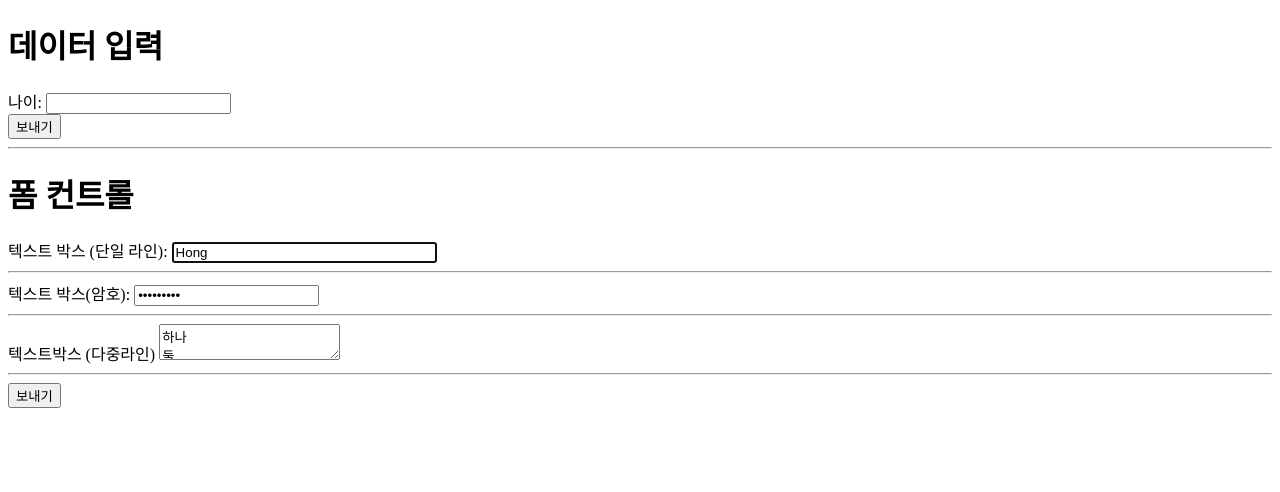
Repository: seula123/Front-End
Page: ClientTest/src/main/webapp/html/ex18_form.html
An editor plug-in stored every save of this project. The page is shown before and after the next save, followed by the edit.
The browser window is 1280 px wide. The pictures show the whole page.

Above is the page before, as saved 2023-09-21 06:39:20.

### ClientTest/src/main/webapp/html/ex18_form.html
<!DOCTYPE html>
<html>
<head>
<meta charset="UTF-8">
<title>Insert title here</title>
</head>
<body>


	<!-- ex18_form.html -->

	<!--

		폼,form
		- 입력 양식, 입력 컨트롤
		- 클라이언트(사용자)로부터 입력장치(키보드, 마우스, 터치 등)을 통해서 데이터를 입력받는 역할
		- 입력 데이터> 서버로 전송 > 업무 활용 or 데이터 베이스 저장 등..
		ex) 텍스트 박스, 버튼, 체크 박스, 라디오 버튼 등..
		- <form> + <form>의 자식 태그들..



		<form>
		- 모든 입력 컨트롤을 감싸는 컨테이너
		- 스스로는 랜더링 결과가 없다. (출력되지않는다)
		- 입력한 값을 서버로 전송하는 역할(********)


		form.method
		- 데이터를 전송하는 방식
		- 택배(일반 우편| 등기 우편)
		1. POST
			- ex18_Server.jsp
			- 데이터를 상자안에 담아서 전송
			- 데이터가 노출x > 보안 o
			- 전송하는 데이터의 최대 길이 제한 > 무제한

		2. GET
			- -ex198_server.jsp?age=20
			- 데이터를 송장에 붙여서 전송
			- 전송되는 데이터가 노출(주소창)> 보안 x
			- 전송하는 데이터의 최대 길이 제한 > 256자 > 8000자 바이트
			- 긴 데이터는 전송 x

		form.action
		- 데이터를 수신하는 서버측 URL
		- 받는 사람 주소
		- 서버측 동작하고 있는 프로그램 주소 > JSP, Servlet, Spring 주소

	 -->

	 <h1> 데이터 입력</h1>

	 <form method="GET" action="ex18_server.jsp">


	 	나이: <input type = "text" name = "age">
	 	<br>
	 	<input type = "submit" value = "보내기">
	 </form>



	 <hr>

	 <h1> 폼 컨트롤 </h1>




	 <form method="get" action="ex18_server.jsp">

	 	<!--
	 		<input>
	 		- 인라인 태그
	 		- 단독 태그
	 		- input.type: 입력 컨트롤 종류 지정
	 		- input.name : 식별자
	 		- input.id : 식별자. CSS,JavaScript에서 사용
	 		- input.class : 식별자. CSS,JavaScript에서 사용
	 		- input.size: 길이(문자 개수)
	 		- input.maxlength: 최대 입력 길이(글자수)
	 		- input.readonly: 읽기 전용(전원 on)
	 		- input.disabled: 비활성화	(전원 off)
	 		- input.accesskey: 바로가기(Alt+조합ㄱ키)
            - input.autofocus: 자동 포커스
            - input.autocomplete : 자동 완성 끄기


	 	 -->

	 	텍스트 박스 (단일 라인):
	 	<input type = "text" name="txt1" id="txt1" class="txt" size = "30" value="Hong
	 	" accesskey="s" autofocus autocomplete="off">

	 	<hr>

	 	<!--

	 		암호 상자, Password Box, Masked Text Box
	 		- 모든 속성이 텍스트 박스와 동일

	 	 -->
	 	 텍스트 박스(암호):
	 	 <input type = "password" value ="12345
	 	 ">

	 	<!-- 텍스트 박스 (다중라인
	 		<textarea>
	 		- 쌍태그
	 		- 대부분의 속성은 텍스트 박스
	 		- maxlength 속성이 없다. > 많은 양의 텍스트를 입력받는 컨트롤
	 		- value 속성이 없다.

	 	-->
	 	 <hr>

	 	 텍스트박스 (다중라인)
		 <textarea >
하나
둘
셋
		 </textarea>

	 	<hr>
	 	<input type = "submit" value ="보내기">




	 </form>

</body>

</html>

After the next save:
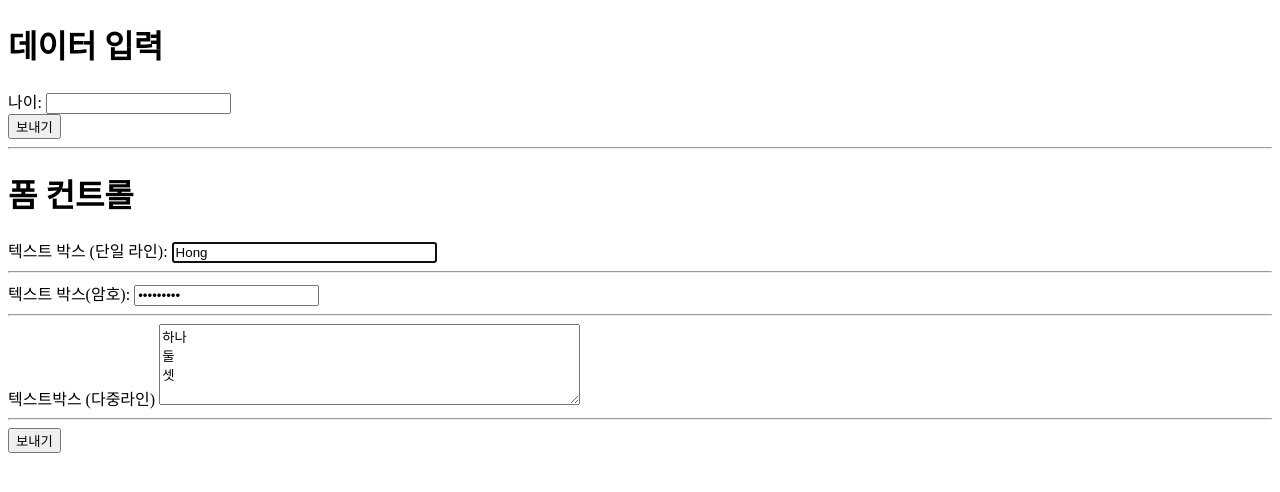
Saved 2 min 2 s later.
--- a/ClientTest/src/main/webapp/html/ex18_form.html
+++ b/ClientTest/src/main/webapp/html/ex18_form.html
@@ -111,12 +111,12 @@
 	 		- 대부분의 속성은 텍스트 박스
 	 		- maxlength 속성이 없다. > 많은 양의 텍스트를 입력받는 컨트롤
 	 		- value 속성이 없다.
-
+	 		- size > cols, rows
 	 	-->
 	 	 <hr>
 
 	 	 텍스트박스 (다중라인)
-		 <textarea >
+		 <textarea cols = "50" rows="5">
 하나
 둘
 셋
